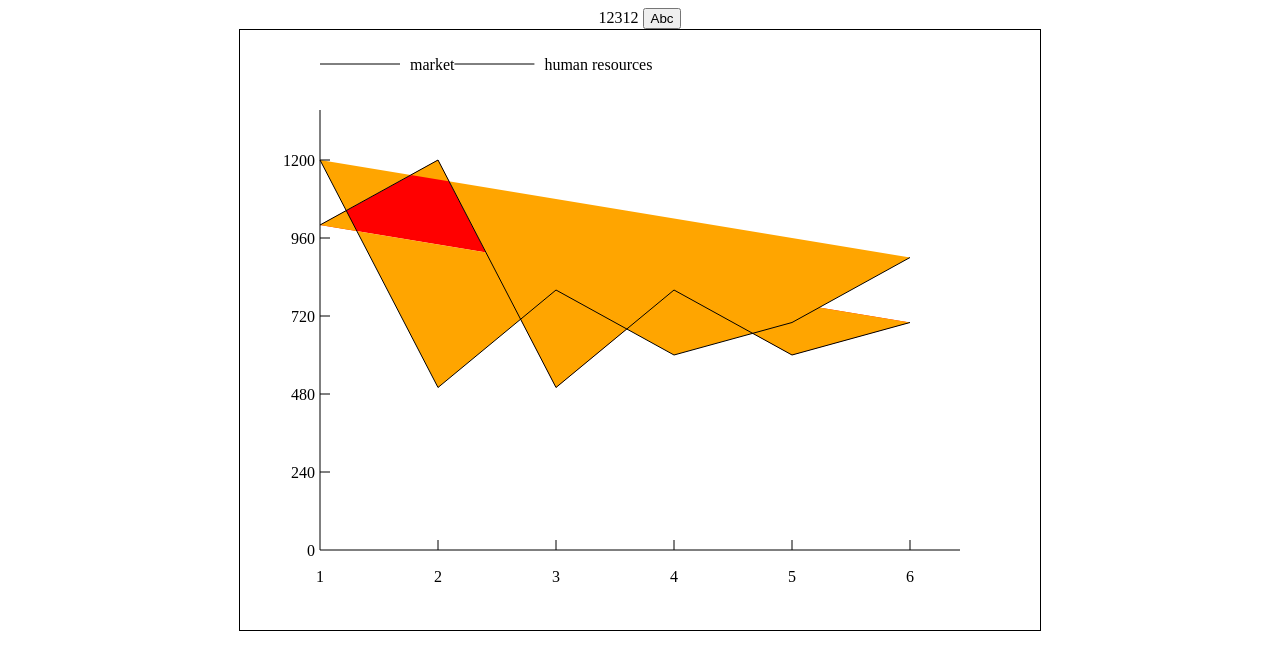
Repository: ycdtc/movie
Page: aaa/WebContent/index.html
These files come from the project's save history. The page is drawn as it stood at one moment and after the next save; the edit follows.
The browser window is 1280 px wide. The pictures show the whole page.
After loading, the first visible `#abc` was clicked once.

Above is the page before, as saved 2017-06-21 09:19:14.

After the next save:
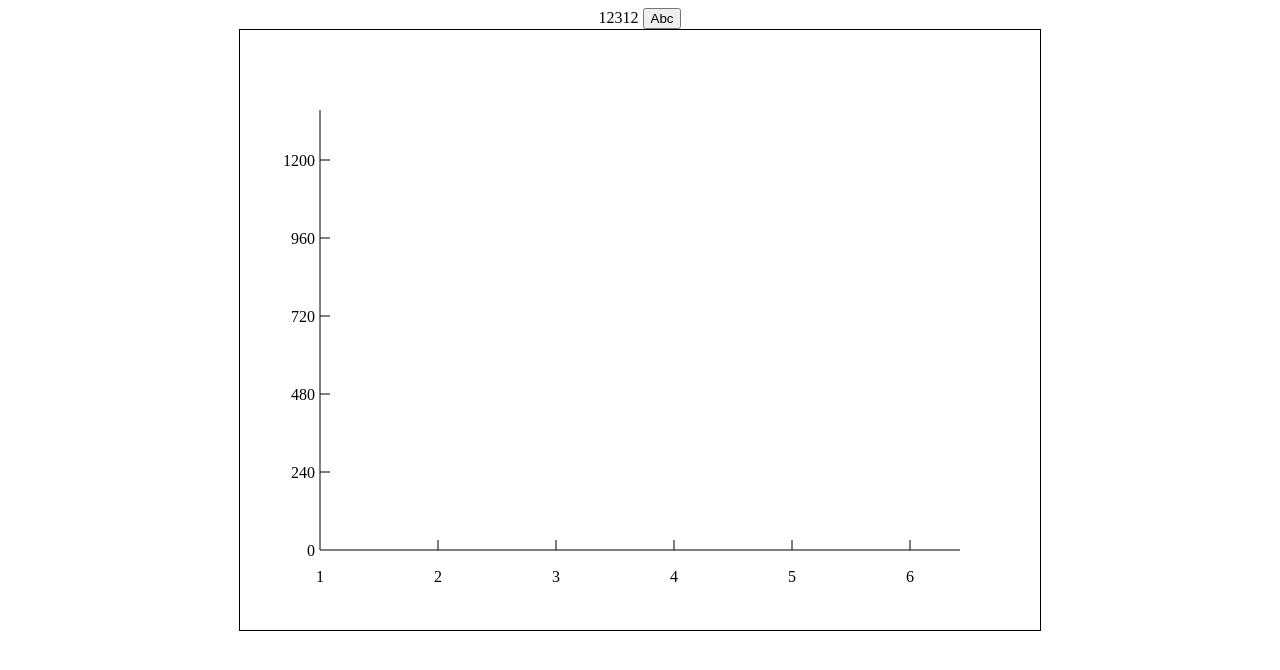
Console error: TypeError: ctx.strokeStyle is not a function
Saved 111 s later.
--- a/aaa/WebContent/javascript/base.js
+++ b/aaa/WebContent/javascript/base.js
@@ -99,10 +99,12 @@
         var txtWidth = ctx.measureText(avgValue*i).width;
         ctx.fillText(avgValue*i,origin.x-txtWidth-5,origin.y-i*avgHeight+6);
     }
-
+    ctx.stroke();
     //绘制折线
     var labelX = padding;
     for(var k=0;k<name.length;k++){
+    	ctx.beginPath();
+    	ctx.strokeStyle(colors[k]);
 	    for(var i=0;i<value[k].length;i++){
 	        var posY = origin.y - value[k][i]/max*(ch-2*padding-50);
 	        ctx.fillStyle = colors[k];
@@ -114,11 +116,10 @@
 	    }
 	    ctx.moveTo(labelX,padding/2-6);
         ctx.lineTo(labelX+80,padding/2-6);
-		ctx.fill();
         ctx.fillStyle="black";
         ctx.fillText(name[k],labelX+90,padding/2);
         labelX += 90 + ctx.measureText(name[k]).width;
+        ctx.stroke();
     }
-    ctx.stroke();
 
 }

After the save that followed:
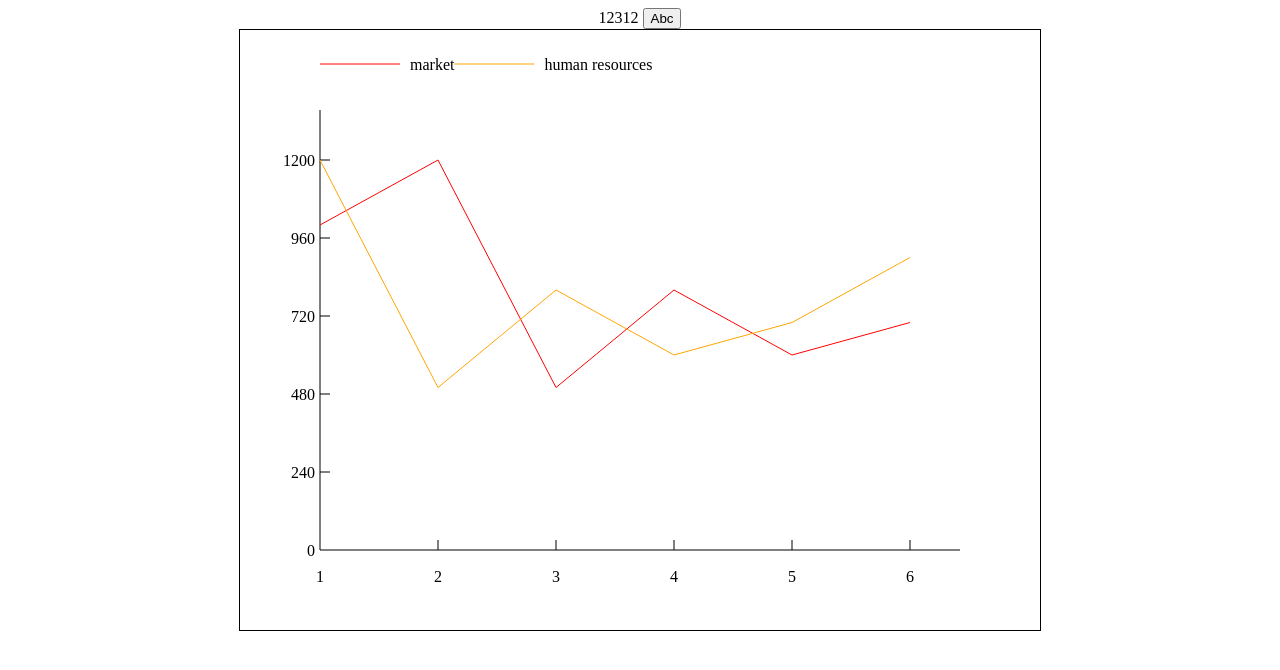
The error is gone.
Saved 50 s later.
--- a/aaa/WebContent/javascript/base.js
+++ b/aaa/WebContent/javascript/base.js
@@ -104,7 +104,7 @@
     var labelX = padding;
     for(var k=0;k<name.length;k++){
     	ctx.beginPath();
-    	ctx.strokeStyle(colors[k]);
+    	ctx.strokeStyle = colors[k];
 	    for(var i=0;i<value[k].length;i++){
 	        var posY = origin.y - value[k][i]/max*(ch-2*padding-50);
 	        ctx.fillStyle = colors[k];
